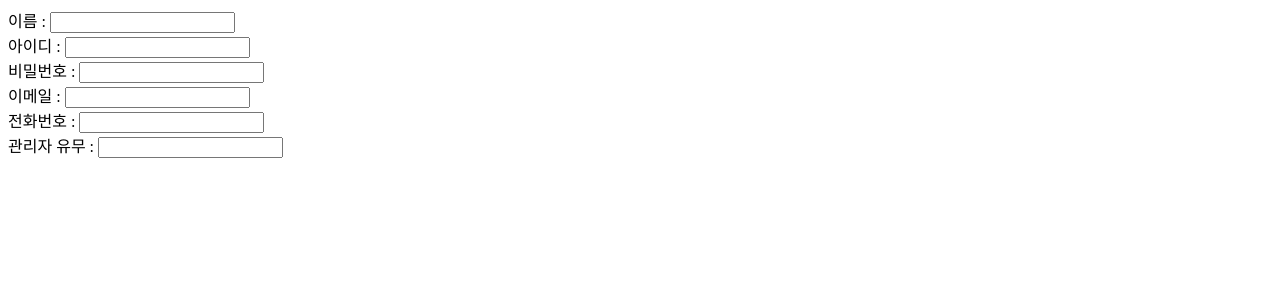
Repository: Seonhanbit/dev
Page: http://localhost/0920_Friday/member.do?action=addMemberForm
The author's editor kept a copy of each file at every save. The page is drawn from the files as they stood at one save, then again after a run of saves.
The browser window is 1280 px wide. The pictures show the whole page.
The page is served by Tomcat 9. Other server files are loaded and not shown.

Above is the page before, as saved 2019-09-20 05:46:08.

### work_servlet_jsp/0920_Friday/WebContent/addMember.jsp
<%@ page language="java" contentType="text/html; charset=UTF-8"
    pageEncoding="UTF-8"%>
<!DOCTYPE html>
<html>
<head>
<meta charset="UTF-8">
<title>Insert title here</title>
</head>
<body>
	<form action="member.do" method="post">
		<input type="hidden" name="action" value="addMember">
		이름 : <input type="text" name=name"><br>
		아이디 : <input type="text" name=name"><br>
		비밀번호 : <input type="text" name=name"><br>
		이메일 : <input type="text" name=name"><br>
		전화번호 : <input type="text" name=name"><br>
		관리자 유무 : <input type="text" name=name"><br>
	</form>
</body>
</html>

### work_servlet_jsp/0920_Friday/src/edu/ssafy/servlet/MemberServlet.java
package edu.ssafy.servlet;

import java.io.IOException;
import java.util.List;

import javax.servlet.ServletException;
import javax.servlet.annotation.WebServlet;
import javax.servlet.http.HttpServlet;
import javax.servlet.http.HttpServletRequest;
import javax.servlet.http.HttpServletResponse;

import edu.ssafy.model.MemberManager;
import edu.ssafy.model.MemberVO;

@WebServlet("/member.do")
public class MemberServlet extends HttpServlet {
	private static final long serialVersionUID = 1L;
	private MemberManager memberManager = MemberManager.getInstance();

	protected void doGet(HttpServletRequest request, HttpServletResponse response)
			throws ServletException, IOException {
		doPost(request, response);
	}

	protected void doPost(HttpServletRequest request, HttpServletResponse response)
			throws ServletException, IOException {
		request.setCharacterEncoding("UTF-8");
		response.setCharacterEncoding("UTF-8");
		String action = request.getParameter("action");
		if (action == null || action.equals("main")) {
			// 메인페이지 메인페이지에는 모든 회원 리스트를 보여주기

			// 데이터 베이스에서 모든 회원의 정보를 가져와서 Arrtibute에 싣고 main.jsp 포워드
			List<MemberVO> memberList = memberManager.getMemberList();
			request.setAttribute("memberList", memberList);
			request.getRequestDispatcher("main.jsp").forward(request, response);
		} else if (action.equals("addMember")) {
			// 회원추가작업해주고 메인으로
		} else if (action.equals("addMemberForm")) {
			// 회원가입할 수 있는 페이지로 이동
			request.getRequestDispatcher("addMember.jsp").forward(request, response);
		} else if (action.equals("viewMember")) {
			// 해당 회원 상세보기 페이지로 (로그인 된놈만 볼 수 있음)
		} else if (action.equals("login")) {
			// 로그인처리
		} else if (action.equals("logout")) {
			// 로그아웃 처리
		}
	}

}

After the next 2 saves:
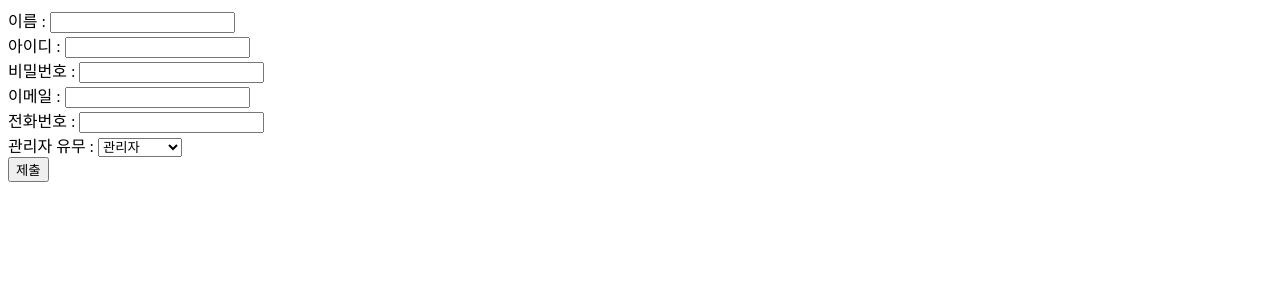
The 2 saves are shown as one change because they came seconds apart.
The last was saved 118 s later.
--- a/work_servlet_jsp/0920_Friday/WebContent/addMember.jsp
+++ b/work_servlet_jsp/0920_Friday/WebContent/addMember.jsp
@@ -9,12 +9,18 @@
 <body>
 	<form action="member.do" method="post">
 		<input type="hidden" name="action" value="addMember">
-		이름 : <input type="text" name=name"><br>
-		아이디 : <input type="text" name=name"><br>
-		비밀번호 : <input type="text" name=name"><br>
-		이메일 : <input type="text" name=name"><br>
-		전화번호 : <input type="text" name=name"><br>
-		관리자 유무 : <input type="text" name=name"><br>
+		이름 : <input type="text" name="name"><br>
+		아이디 : <input type="text" name="userid"><br>
+		비밀번호 : <input type="text" name="pwd"><br>
+		이메일 : <input type="text" name="email"><br>
+		전화번호 : <input type="text" name="phone"><br>
+		관리자 유무 :
+		<select name="admin">
+			<option value="1">관리자</option>
+			<option value="0">일반사용자</option>
+		</select>
+		<br>
+		<input type="submit" value="제출">
 	</form>
 </body>
 </html>
